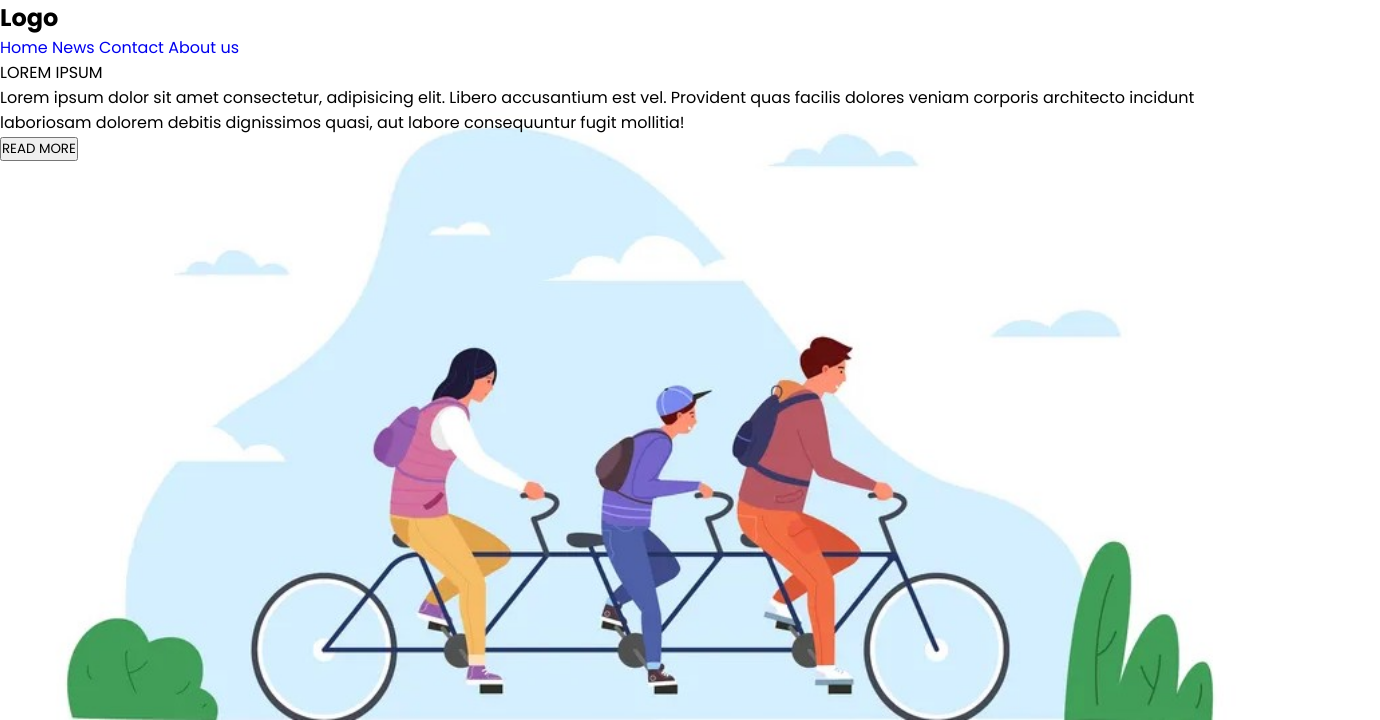
Repository: nganha241/1806
Page: index.html
An editor plug-in stored every save of this project. The page is shown before and after the next save, followed by the edit.
The browser window is 1280 px wide. The page is 1280 px wide, then 1380 px, so the pictures cover 1380 px, including what lies to the right of the window. The pictures show the whole page.

Above is the page before, as saved 2022-06-18 15:41:56.

After the next save:
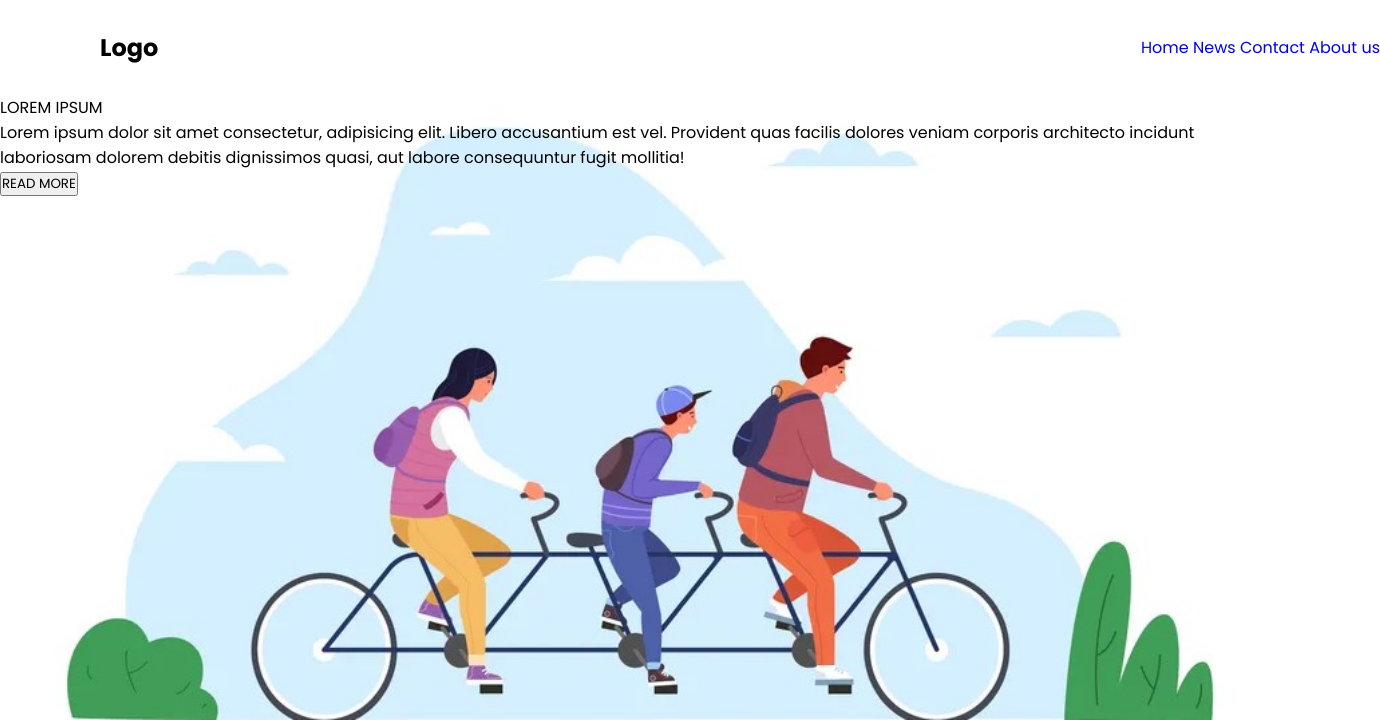
Saved 9 s later.
--- a/style.css
+++ b/style.css
@@ -22,7 +22,7 @@ section {
     background-position: center;
 }
 
-/* section header {
+section header {
     position: relative;
     top: 0;
     width: 100%;
@@ -31,7 +31,7 @@ section {
     justify-content: space-between;
     align-items: center;
 }
-
+/*
 .logo {
     position: relative;
     font-size: 32px;
